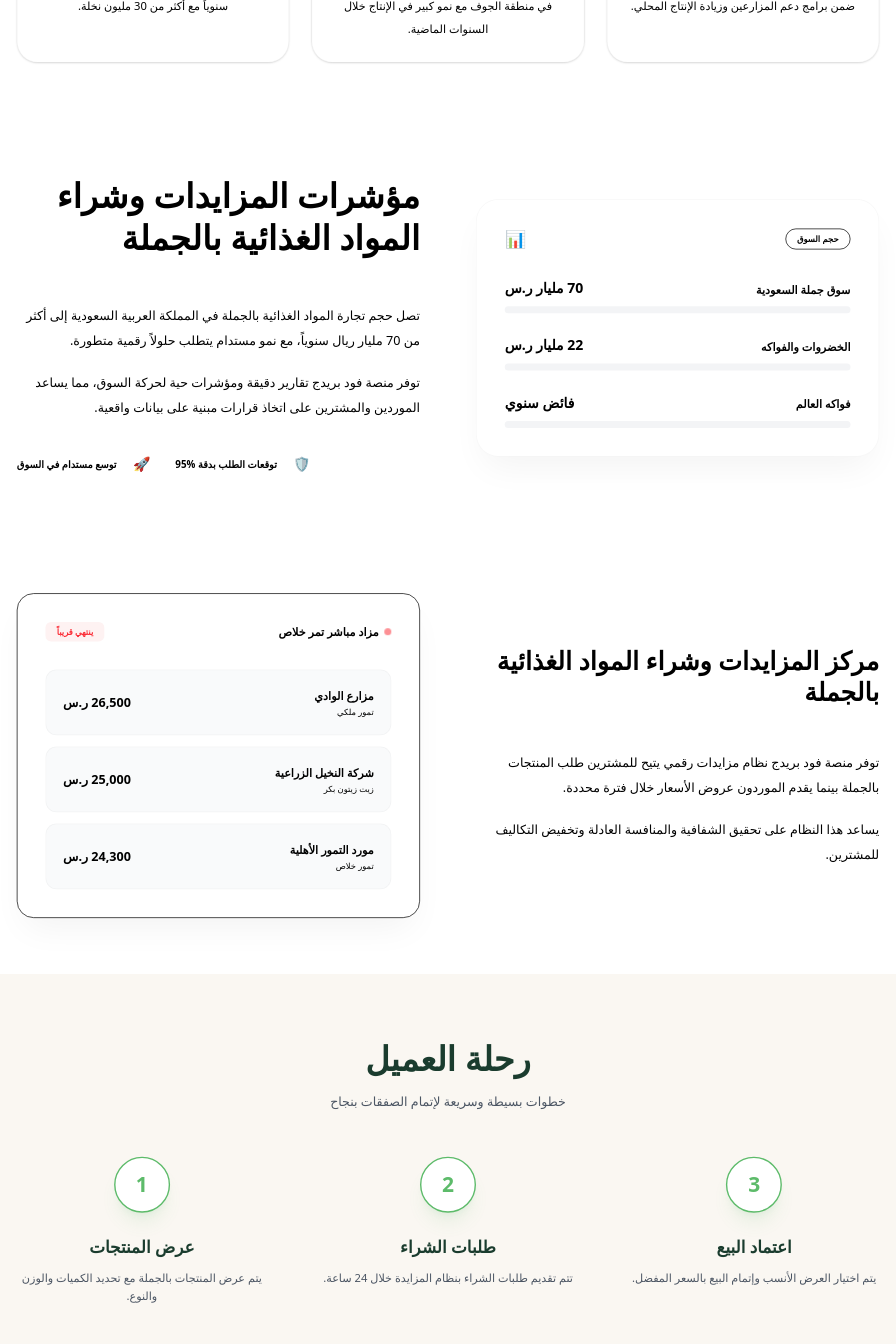
Repository: moshaosama/Food-Bridge
Page: /
The author's editor kept a copy of each file at every save. The page is drawn from the files as they stood at one save, then again after the next save.
The browser window is 1280 px wide. The pictures show the part of the page from y = 3128 to 5048 px (the page is 6831 px tall before and 6233 px after), at 70% of full size.
The project was rebuilt for these pictures with package versions that can differ from the ones it lists, and the page was loaded fresh each time. Also part of the build but not shown: vite.config.ts.

Above is the page before, as saved 2026-03-10 17:05:19.

### index.html
<!doctype html>
<html lang="ar" dir="rtl">
  <head>
    <meta charset="UTF-8" />
    <link rel="icon" type="image/svg+xml" href="/vite.svg" />
    <meta name="viewport" content="width=device-width, initial-scale=1.0" />
    <meta
      name="description"
      content="منصة فود بريدج - ربط موردي المواد الغذائية حول العالم بالسوق السعودي بشكل شفاف وآمن"
    />
    <title>Food Bridge - مستقبل تجارة الغذاء</title>
  </head>
  <body>
    <div id="root"></div>
    <script type="module" src="/src/main.tsx"></script>
  </body>
</html>

### src/App.tsx
import Navbar from "./components/Navbar/Navbar";
import Footer from "./components/Footer/Footer";
import Hero from "./sections/Hero/Hero";
import About from "./sections/About/About";
import ValueAdded from "./sections/ValueAdded/ValueAdded";
import Market from "./sections/Market/Market";
import SupplyChain from "./sections/SupplyChain/SupplyChain";
import Products from "./sections/Products/Products";
import Auction from "./sections/Auction/Auction";
import Journey from "./sections/Journey/Journey";
import JoinNetwork from "./sections/JoinNetwork/JoinNetwork";
// import Founder from './sections/Founder/Founder';

function App() {
  return (
    <>
      <Navbar />
      <main>
        <Hero />
        <About />
        <ValueAdded />
        <SupplyChain />
        <Products />
        <Market />
        <Auction />
        <Journey />
        <JoinNetwork />
      </main>
      <Footer />
    </>
  );
}

export default App;

### src/components/Footer/Footer.tsx
import { useInView } from 'react-intersection-observer';

export default function Footer() {
  const [ref] = useInView({ threshold: 0.1, triggerOnce: true });

  return (
    <footer className="bg-white py-20 border-t border-black/5" id="footer" ref={ref}>
      <div className="container mx-auto px-6">
        <div className="grid grid-cols-1 md:grid-cols-2 lg:grid-cols-4 gap-10 md:gap-12 lg:gap-20">

          {/* Brand Info */}
          <div className="lg:col-span-2 space-y-6 md:space-y-8 flex flex-col items-center md:items-start text-center md:text-right">
            <a href="/" className="flex flex-col items-end md:items-start group">
              <span className="text-3xl md:text-4xl font-black text-[#1a3c2e] leading-none mb-1">Food</span>
              <span className="text-xs md:text-sm font-black text-[#5dbb6a] tracking-widest uppercase">Bridge</span>
            </a>
            <p className="text-[#4b5563] font-medium text-base md:text-lg leading-relaxed max-w-sm">
              نحول مستقبل الغذاء في المملكة العربية السعودية عبر التكنولوجيا والربط العالمي المباشر.
            </p>
            <div className="flex gap-3 md:gap-4">
              {['🐦', '📘', '📸', '💼'].map((social, i) => (
                <button key={i} className="w-10 h-10 md:w-12 md:h-12 rounded-xl md:rounded-2xl bg-[#f0f8f3] text-[#1a3c2e] flex items-center justify-center text-lg md:text-xl hover:bg-[#5dbb6a] hover:text-white transition-all">
                  {social}
                </button>
              ))}
            </div>
          </div>

          {/* Links 1 */}
          <div className="text-center md:text-right">
            <h4 className="text-[#1a3c2e] font-black text-lg md:text-xl mb-6 md:mb-8">روابط سريعة</h4>
            <ul className="space-y-3 md:space-y-4">
              {['من نحن', 'الشركاء', 'السوق والمزاد', 'سلسلة الإمداد'].map((link) => (
                <li key={link}>
                  <a href="#" className="text-sm md:text-base text-[#4b5563] font-bold hover:text-[#5dbb6a] transition-colors">{link}</a>
                </li>
              ))}
            </ul>
          </div>

          {/* Links 2 */}
          <div className="text-center md:text-right">
            <h4 className="text-[#1a3c2e] font-black text-lg md:text-xl mb-6 md:mb-8">التواصل</h4>
            <ul className="space-y-3 md:space-y-4">
              <li className="text-sm md:text-base text-[#4b5563] font-bold">الرياض، المملكة العربية السعودية</li>
              <li className="text-sm md:text-base text-[#4b5563] font-bold">info@foodbridge.sa</li>
              <li className="text-base md:text-lg text-[#4b5563] font-bold direction-ltr">+966 000 000 000</li>
            </ul>
          </div>

        </div>

        <div className="mt-12 md:mt-20 pt-8 border-t border-black/[0.03] text-center text-[#94a3b8] font-bold text-xs md:text-sm">
          جميع الحقوق محفوظة © فود بريدج 2025
        </div>
      </div>
    </footer>
  );
}

### src/sections/About/About.tsx
import { motion } from 'framer-motion';
import { useInView } from 'react-intersection-observer';

export default function About() {
  const [ref, inView] = useInView({ threshold: 0.1, triggerOnce: true });

  return (
    <section className="py-20 bg-white overflow-hidden" id="about" ref={ref}>
      <div className="container mx-auto px-6">
        <div className="grid grid-cols-1 lg:grid-cols-2 gap-12 lg:gap-20 items-center">
          {/* Text Content */}
          <motion.div
            initial={{ opacity: 0, x: -40 }}
            animate={inView ? { opacity: 1, x: 0 } : {}}
            transition={{ duration: 0.8 }}
            className="text-right"
          >
            <h2 className="text-2xl md:text-3xl lg:text-5xl font-black text-dark-green flex items-center gap-4 justify-end mb-6 md:mb-10">
              من نحن <span className="text-bright-green">——</span>
            </h2>

            <p className="text-base md:text-lg text-text-gray leading-loose mb-6 md:mb-8 max-w-xl ml-auto">
              منصة فود بريدج هي سوق جملة رقمية تجمع موردي المواد الغذائية في العالم بالسوق السعودي بأفضل الأسعار، مع سلسلة توريد متكاملة تمتد من المزرعة إلى المشتري.
            </p>

            <p className="text-base md:text-lg text-text-gray leading-loose max-w-xl ml-auto">
              تأسست فود بريدج في الرياض عام 2025 لتكون سوقاً إلكترونياً متخصصاً في التعاملات التجارية بين الشركات (B2B) in قطاع الأغذية، وتوفر بيئة رقمية موثوقة تتيح للمشترين مقارنة الموردين والوصول إلى أفضل العروض.
            </p>
          </motion.div>

          {/* Image */}
          <motion.div
            initial={{ opacity: 0, x: 40 }}
            animate={inView ? { opacity: 1, x: 0 } : {}}
            transition={{ duration: 0.8, delay: 0.2 }}
            className="order-first lg:order-last"
          >
            <div className="rounded-[30px] md:rounded-[40px] overflow-hidden shadow-2xl shadow-dark-green/10">
              <img
                src="/images/854ea9e4b95e40c7a435e054789bcbe5785538b6.png"
                alt="منصة فود بريدج"
                className="w-full h-[250px] md:h-[480px] object-cover hover:scale-105 transition-transform duration-700"
              />
            </div>
          </motion.div>
        </div>
      </div>
    </section>
  );
}

### src/sections/ValueAdded/ValueAdded.tsx
import { motion } from 'framer-motion';
import { useInView } from 'react-intersection-observer';

const values = [
  { icon: '🍃', title: 'مقارنة الموردين', desc: 'يستطيع المشترون مقارنة عدة موردين في الوقت الفعلي مما يساهم في خفض التكاليف من خلال المنافسة على العروض' },
  { icon: '🔗', title: 'الربط المباشر بالموردين', desc: 'ربط المشترين مباشرة بالموردين المعتمدين مما يقلل الحاجة إلى الوسطاء والمفاوضات اليدوية.' },
  { icon: '⚡', title: 'تسريع إتمام الصفقات', desc: 'ضمان إتمام الصفقات بشكل أسرع بطريقة آمنة مع تسهيل مطابقة المواصفات.' },
];

export default function ValueAdded() {
  const [ref, inView] = useInView({ threshold: 0.1, triggerOnce: true });

  return (
    <section className="py-20 bg-dark-green text-white text-center overflow-hidden" id="value" ref={ref}>
      <div className="container mx-auto px-6">
        <motion.div
          className="mb-12 md:mb-16"
          initial={{ opacity: 0, y: 20 }}
          animate={inView ? { opacity: 1, y: 0 } : {}}
          transition={{ duration: 0.6 }}
        >
          <h2 className="text-2xl md:text-3xl lg:text-5xl font-extrabold mb-4">القيمة المضافة للسوق السعودي</h2>
          <div className="w-16 md:w-20 h-1 bg-bright-green mx-auto rounded-full"></div>
        </motion.div>

        <div className="grid grid-cols-1 md:grid-cols-2 lg:grid-cols-3 gap-6 md:gap-8">
          {values.map((v, i) => (
            <motion.div
              key={v.title}
              className="bg-white/5 border border-white/10 p-8 md:p-10 rounded-[24px] md:rounded-[28px] hover:bg-white/10 hover:border-bright-green hover:-translate-y-2 transition-all duration-300 flex flex-col items-center"
              initial={{ opacity: 0, y: 30 }}
              animate={inView ? { opacity: 1, y: 0 } : {}}
              transition={{ duration: 0.5, delay: i * 0.1 }}
            >
              <div className="w-12 h-12 md:w-16 md:h-16 bg-bright-green/20 rounded-xl md:rounded-2xl flex items-center justify-center text-2xl md:text-3xl mb-4 md:mb-6">
                {v.icon}
              </div>
              <h3 className="text-lg md:text-xl font-bold mb-3 md:mb-4">{v.title}</h3>
              <p className="text-sm md:text-base text-white/70 leading-relaxed">{v.desc}</p>
            </motion.div>
          ))}
        </div>
      </div>
    </section>
  );
}

### src/sections/SupplyChain/SupplyChain.tsx
import { motion } from 'framer-motion';
import { useInView } from 'react-intersection-observer';

export default function SupplyChain() {
  const [ref, inView] = useInView({ threshold: 0.1, triggerOnce: true });

  return (
    <section className="py-20 bg-light-cream overflow-hidden" id="supply" ref={ref}>
      <div className="container mx-auto px-6">
        <div className="grid grid-cols-1 lg:grid-cols-2 gap-12 lg:gap-20 items-center">
          {/* Photo */}
          <motion.div
            initial={{ opacity: 0, x: 60 }}
            animate={inView ? { opacity: 1, x: 0 } : {}}
            transition={{ duration: 0.8 }}
          >
            <div className="rounded-[30px] md:rounded-[40px] overflow-hidden shadow-2xl shadow-black/5">
              <img
                src="/images/b0cf81aec1b18c7066075e61d845b712885b6531.jpg"
                alt="Integration with Supply Chain"
                className="w-full h-[220px] md:h-[440px] object-cover"
              />
            </div>
          </motion.div>

          {/* Text */}
          <motion.div
            initial={{ opacity: 0, x: -60 }}
            animate={inView ? { opacity: 1, x: 0 } : {}}
            transition={{ duration: 0.8, delay: 0.2 }}
            className="text-right"
          >
            <h2 className="text-2xl md:text-3xl lg:text-4xl font-extrabold text-dark-green mb-6 leading-tight">التكامل مع سلسلة الإمداد</h2>
            <div className="w-16 h-1 bg-bright-green mb-6 md:mb-8 rounded-full ml-auto"></div>
            <p className="text-base md:text-lg text-text-gray leading-loose mb-6">
              تدمج فود بريدج حلول الخدمات اللوجستية والمدفوعات الرقمية لتسهيل إدارة عمليات التوريد وتتبع الشحنات والتعامل مع الطلبات الكبيرة بكفاءة عالية.
            </p>
            <p className="text-base md:text-lg text-text-gray leading-loose font-medium">
              تتيح المنصة للشركات الوصول إلى الموردين المحليين والدوليين مما يوسع خيارات التوريد ويضمن استقرار الإمدادات.
            </p>
          </motion.div>
        </div>
      </div>
    </section>
  );
}

### src/sections/Products/Products.tsx
import { motion } from 'framer-motion';
import { useInView } from 'react-intersection-observer';

const products = [
  {
    image: '/images/c57064ce7a15a5f18ff31286ebe2396b15939057 (1).jpg',
    name: 'البن الخولاني',
    desc: 'تعمل المملكة على تطوير زراعة البن الخولاني ضمن برامج دعم المزارعين وزيادة الإنتاج المحلي.'
  },
  {
    image: '/images/d7db49887ab340323e155ff83c622785901de687.jpg',
    name: 'الزيتون',
    desc: 'تضم المملكة أكبر مزرعة زيتون حديثة في العالم في منطقة الجوف مع نمو كبير في الإنتاج خلال السنوات الماضية.'
  },
  {
    image: '/images/8e4a6a8ac91be2f005836905a16ddb2d519e3e37 (1).jpg',
    name: 'التمور',
    desc: 'تنتج المملكة أكثر من 1.9 مليون طن من التمور سنوياً مع أكثر من 30 مليون نخلة.'
  },
];

export default function Products() {
  const [ref, inView] = useInView({ threshold: 0.1, triggerOnce: true });

  return (
    <section className="py-20 bg-light-cream" id="products" ref={ref}>
      <div className="container mx-auto px-6">
        <motion.div
          className="text-center mb-12 md:mb-16"
          initial={{ opacity: 0, y: 30 }}
          animate={inView ? { opacity: 1, y: 0 } : {}}
          transition={{ duration: 0.6 }}
        >
          <div className="inline-block bg-bright-green/10 text-bright-green px-5 py-1.5 rounded-full text-xs md:text-sm font-bold mb-4">
            الإنتائج المحلي
          </div>
          <h2 className="text-2xl md:text-3xl lg:text-5xl font-black text-dark-green mb-4">
            أهم المحاصيل السعودية
          </h2>
          <div className="w-16 md:w-20 h-1 bg-bright-green mx-auto rounded-full"></div>
        </motion.div>

        <div className="grid grid-cols-1 md:grid-cols-2 lg:grid-cols-3 gap-6 md:gap-8">
          {products.map((product, i) => (
            <motion.div
              key={product.name}
              className="bg-white rounded-[24px] md:rounded-[30px] overflow-hidden shadow-sm border border-black/5 hover:border-bright-green hover:shadow-xl hover:-translate-y-2 transition-all duration-400 group"
              initial={{ opacity: 0, y: 40 }}
              animate={inView ? { opacity: 1, y: 0 } : {}}
              transition={{ duration: 0.5, delay: i * 0.1 }}
            >
              <div className="h-[200px] md:h-[240px] overflow-hidden">
                <img
                  src={product.image}
                  alt={product.name}
                  className="w-full h-full object-cover group-hover:scale-110 transition-transform duration-700"
                />
              </div>
              <div className="p-6 md:p-8 text-center">
                <h3 className="text-xl md:text-2xl font-extrabold text-dark-green mb-3 md:mb-4">{product.name}</h3>
                <p className="text-sm md:text-base text-text-gray leading-loose">{product.desc}</p>
              </div>
            </motion.div>
          ))}
        </div>
      </div>
    </section>
  );
}

### src/sections/Auction/Auction.tsx
import { motion } from 'framer-motion';
import { useInView } from 'react-intersection-observer';

const items = [
  { name: 'مزارع الوادي', type: 'تمور ملكي', price: '26,500 ر.س' },
  { name: 'شركة النخيل الزراعية', type: 'زيت زيتون بكر', price: '25,000 ر.س' },
  { name: 'مورد التمور الأهلية', type: 'تمور خلاص', price: '24,300 ر.س' },
];

export default function Auction() {
  const [ref, inView] = useInView({ threshold: 0.1, triggerOnce: true });

  return (
    <section className="py-20 bg-white overflow-hidden" id="auction" ref={ref}>
      <div className="container mx-auto px-6">
        <div className="grid grid-cols-1 lg:grid-cols-2 gap-12 lg:gap-20 items-center">
          {/* Card Side */}
          <motion.div
            className="bg-white rounded-2xl md:rounded-3xl p-6 md:p-10 shadow-2xl shadow-black/5 border border-bright-green/10"
            initial={{ opacity: 0, x: 50 }}
            animate={inView ? { opacity: 1, x: 0 } : {}}
            transition={{ duration: 0.6 }}
          >
            <div className="flex justify-between items-center mb-8 md:mb-10 font-bold text-dark-green text-xs md:text-base">
              <div className="flex items-center gap-2">
                <span className="w-2 md:w-2.5 h-2 md:h-2.5 bg-red-500 rounded-full animate-pulse"></span>
                <span>مزاد مباشر تمر خلاص</span>
              </div>
              <span className="bg-red-50 text-red-500 px-3 md:px-4 py-1 md:py-1.5 rounded-lg text-[10px] md:text-xs font-black">ينتهي قريباً</span>
            </div>

            <div className="space-y-3 md:space-y-4">
              {items.map((item, i) => (
                <div key={i} className="flex justify-between items-center p-4 md:p-6 bg-gray-50 rounded-xl md:rounded-2xl border border-black/[0.03]">
                  <div className="text-right">
                    <div className="font-bold text-dark-green text-sm md:text-base mb-1">{item.name}</div>
                    <div className="text-[10px] md:text-xs text-text-gray">{item.type}</div>
                  </div>
                  <div className="font-black text-bright-green text-base md:text-lg">{item.price}</div>
                </div>
              ))}
            </div>
          </motion.div>

          {/* Text Side */}
          <motion.div
            initial={{ opacity: 0, x: -50 }}
            animate={inView ? { opacity: 1, x: 0 } : {}}
            transition={{ duration: 0.6, delay: 0.2 }}
            className="text-right lg:order-first"
          >
            <h2 className="text-2xl md:text-3xl lg:text-4xl font-black text-dark-green mb-6 leading-tight">مركز المزايدات وشراء المواد الغذائية بالجملة</h2>
            <div className="w-16 h-1 bg-bright-green mb-6 md:mb-8 rounded-full ml-auto"></div>
            <p className="text-base md:text-lg text-text-gray leading-loose mb-6">
              توفر منصة فود بريدج نظام مزايدات رقمي يتيح للمشترين طلب المنتجات بالجملة بينما يقدم الموردون عروض الأسعار خلال فترة محددة.
            </p>
            <p className="text-base md:text-lg text-text-gray leading-loose">
              يساعد هذا النظام على تحقيق الشفافية والمنافسة العادلة وتخفيض التكاليف للمشترين.
            </p>
          </motion.div>
        </div>
      </div>
    </section>
  );
}

### src/sections/JoinNetwork/JoinNetwork.tsx
import { motion } from 'framer-motion';
import { useInView } from 'react-intersection-observer';

const joinCards = [
  {
    title: 'التسجيل كمكتب توريد',
    desc: 'انضم كمورد معتمد ووسع نطاق أعمالك في السوق السعودي والدولي.',
    icon: '🏢'
  },
  {
    title: 'التسجيل كشركة نقل',
    desc: 'ساهم في سلسلة الإمداد من خلال تقديم خدمات النقل واللوجستيات.',
    icon: '🚛'
  },
  {
    title: 'التسجيل كتاجر/مشتري',
    desc: 'احصل على أفضل أسعار الجملة للمنتجات الغذائية العالمية.',
    icon: '💼'
  }
];

export default function JoinNetwork() {
  const [ref, inView] = useInView({ threshold: 0.1, triggerOnce: true });

  return (
    <section className="py-24 bg-[#1a3c2e] overflow-hidden" id="join" ref={ref}>
      <div className="container mx-auto px-6">
        <motion.div
          className="text-center mb-12 md:mb-16"
          initial={{ opacity: 0, y: 20 }}
          animate={inView ? { opacity: 1, y: 0 } : {}}
        >
          <h2 className="text-2xl md:text-3xl lg:text-5xl font-black text-white">انضم إلى شبكتنا</h2>
          <div className="w-16 md:w-20 h-1 bg-[#5dbb6a] mx-auto mt-4 md:mt-6 rounded-full"></div>
        </motion.div>

        <div className="grid grid-cols-1 md:grid-cols-3 gap-6 md:gap-8">
          {joinCards.map((card, i) => (
            <motion.div
              key={card.title}
              className="bg-white p-8 md:p-10 rounded-[24px] md:rounded-[32px] text-center hover:scale-[1.02] transition-transform shadow-2xl shadow-black/20 group"
              initial={{ opacity: 0, y: 40 }}
              animate={inView ? { opacity: 1, y: 0 } : {}}
              transition={{ duration: 0.6, delay: i * 0.1 }}
            >
              <div className="w-16 h-16 md:w-20 md:h-20 bg-[#f0f8f3] rounded-2xl md:rounded-3xl flex items-center justify-center text-3xl md:text-4xl mx-auto mb-6 md:mb-8 group-hover:bg-[#5dbb6a] transition-colors group-hover:text-white">
                {card.icon}
              </div>
              <h3 className="text-xl md:text-2xl font-black text-[#1a3c2e] mb-3 md:mb-4">{card.title}</h3>
              <p className="text-sm md:text-base text-[#4b5563] font-medium leading-relaxed mb-6 md:mb-8">{card.desc}</p>
              <button className="text-[#1a3c2e] font-black hover:text-[#5dbb6a] transition-colors flex items-center justify-center gap-2 mx-auto text-base md:text-lg">
                <span>ابدأ الآن</span>
                <span className="mt-1 text-lg">›</span>
              </button>
            </motion.div>
          ))}
        </div>
      </div>
    </section>
  );
}

Loaded but not shown: src/main.tsx (common file); src/index.css (common file); src/components/Navbar/Navbar.tsx (149 lines, source omitted); src/sections/Market/Market.tsx (99 lines, source omitted); src/sections/Journey/Journey.tsx (84 lines, source omitted); src/sections/Hero/Hero.tsx (74 lines, source omitted)

After the next save:
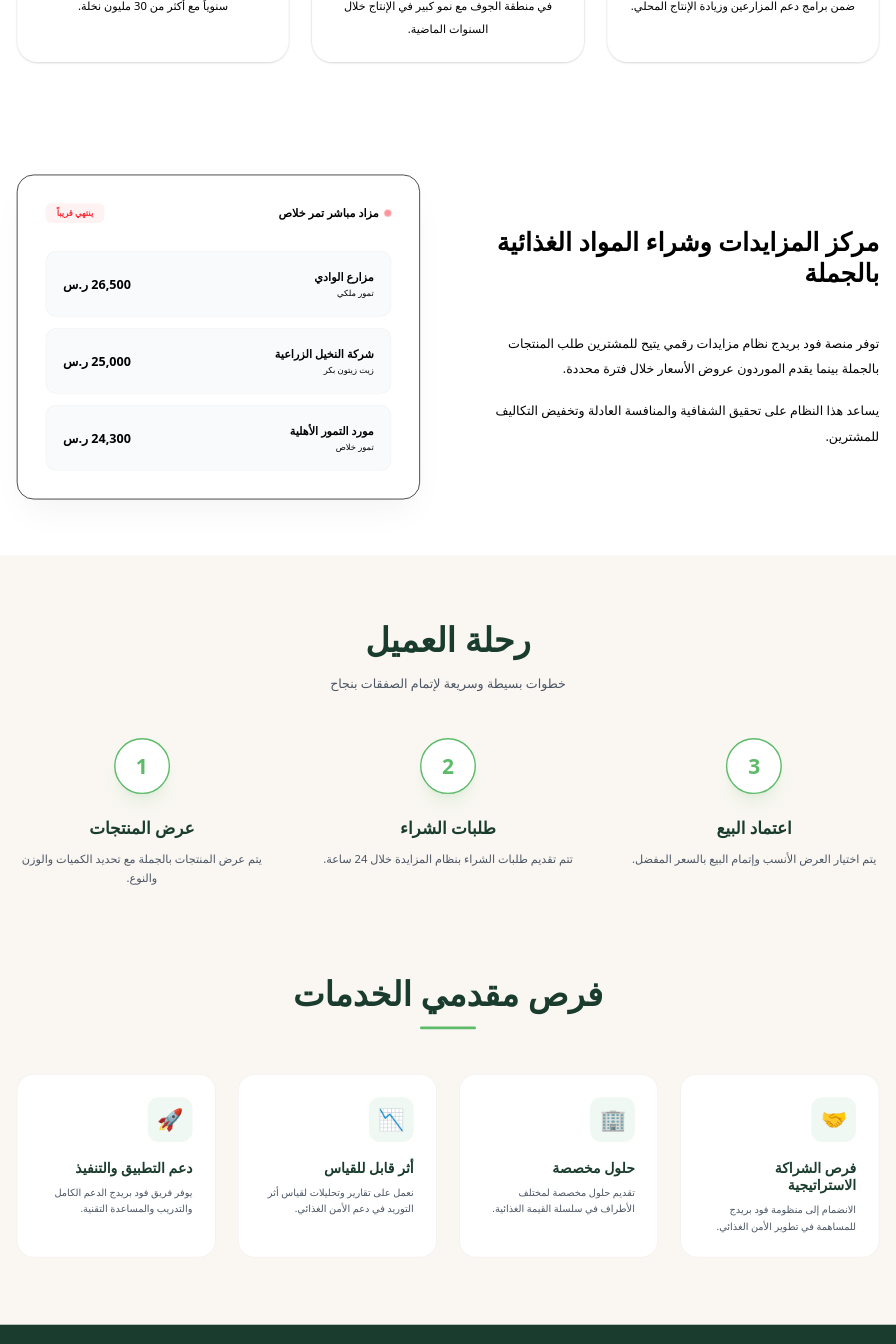
Saved 35 s later.
--- a/src/App.tsx
+++ b/src/App.tsx
@@ -21,7 +21,7 @@ function App() {
         <ValueAdded />
         <SupplyChain />
         <Products />
-        <Market />
+        {/* <Market /> */}
         <Auction />
         <Journey />
         <JoinNetwork />
